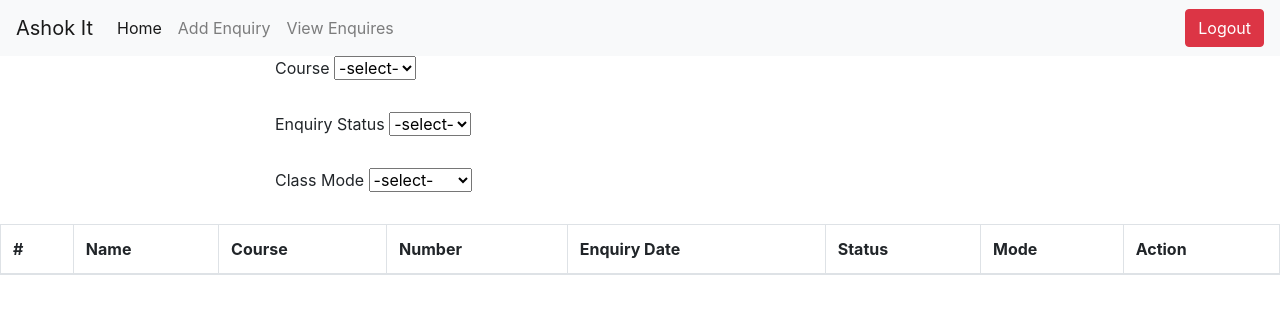
Repository: davidroshan/JRTP
Page: http://localhost/view-enquires
An editor plug-in stored every save of this project. The page is shown before and after the next save, followed by the edit.
The browser window is 1280 px wide. The pictures show the whole page.
The page is this project's Thymeleaf template; nobody is signed in. The template is opened directly, without the code that normally fills it, so the values that code supplies are empty.

Above is the page before, as saved 2023-04-27 18:23:03.

### Front_Office_Team_Portal/src/main/resources/templates/view-enquires.html
<!DOCTYPE html>
<html lang="en"  xmlns:th="http://www.thymeleaf.org" >
<head>
<meta charset="utf-8">
<link rel="stylesheet" href="https://cdn.jsdelivr.net/npm/bootstrap@4.3.1/dist/css/bootstrap.min.css" integrity="sha384-ggOyR0iXCbMQv3Xipma34MD+dH/1fQ784/j6cY/iJTQUOhcWr7x9JvoRxT2MZw1T" crossorigin="anonymous">
<title>AshokIT Unlock Account</title>
</head>
<body>

          <!-- Navbar start -->


                <nav class="navbar navbar-expand-lg navbar-light bg-light">
  <a class="navbar-brand" href="#">Ashok It</a>
  <button class="navbar-toggler" type="button" data-toggle="collapse" data-target="#navbarSupportedContent" aria-controls="navbarSupportedContent" aria-expanded="false" aria-label="Toggle navigation">
    <span class="navbar-toggler-icon"></span>
  </button>

  <div class="collapse navbar-collapse" id="navbarSupportedContent">
    <ul class="navbar-nav mr-auto">


      <li class="nav-item active">
        <a class="nav-link" href="dashboard">Home <span class="sr-only">(current)</span></a>
      </li>

      <li class="nav-item">
        <a class="nav-link" href="enquiry">Add Enquiry</a>
      </li>

      <li class="nav-item">
        <a class="nav-link" href="enquires">View Enquires</a>
      </li>

    </ul>
       <a href="logout" class="btn btn-danger">Logout</a>
  </div>
</nav>


          <!-- Nav bar end -->

         <div class="container">
            <div class="row">
               <div class="col-md-8 offset-md-2">




                            <div class="form-otline mb-4">
                           <label for="form22">Course</label>
                                 <select id="form22" class="form-select"
                                   name="courseName" >
                                    <option value="">-select-</option>
                                    <option th:each="course : ${courses}" th:value="${course}"
                                    th:text="${course}"></option>
                                 </select>
                           </div>


                           <div class="form-otline mb-4">
                           <label for="form23">Enquiry Status</label>
                                 <select id="form23" class="form-select"
                                 name="enqStatus">
                                    <option value="">-select-</option>
                                    <option th:each="status : ${enqStatus}" th:value="${status}"
                                    th:text="${status}"></option>
                                 </select>
                           </div>


                           <div class="form-otline mb-4">
                           <label for="form23">Class Mode</label>
                                 <select id="form23" class="form-select"
                                 name="enqStatus">
                                    <option value="">-select-</option>
                                    <option value="online"> Online</option>
                                    <option value="classroom">Classroom</option>
                                 </select>
                           </div>


               </div>
            </div>
        </div>



         <!-- table start -->


         <table class="table table-stripped table-bordered table hover" id="enqTb">

           <thead>
               <tr>

                   <th scope="col">#</th>
                   <th scope="col">Name</th>
                   <th scope="col">Course</th>
                   <th scope="col">Number</th>
                   <th scope="col">Enquiry Date</th>
                   <th scope="col">Status</th>
                   <th scope="col">Mode</th>
                   <th scope="col">Action</th>

               </tr>
           </thead>


         </table>

</body>

After the next save:
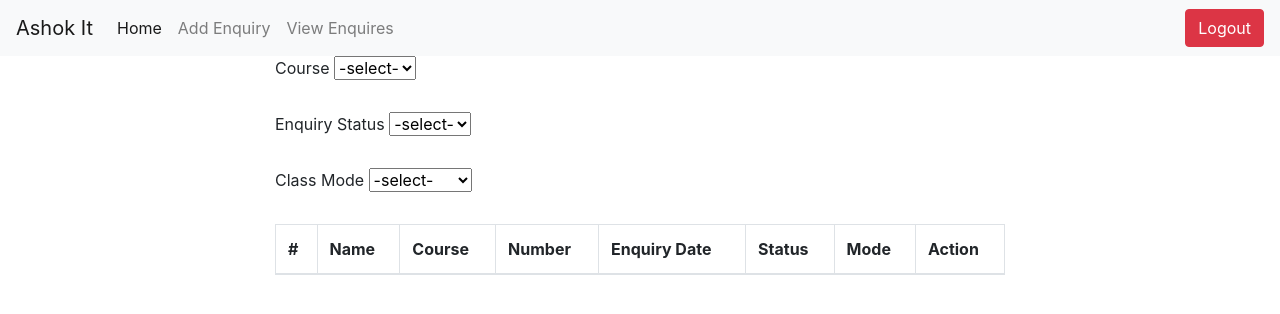
Saved 47 s later.
--- a/Front_Office_Team_Portal/src/main/resources/templates/view-enquires.html
+++ b/Front_Office_Team_Portal/src/main/resources/templates/view-enquires.html
@@ -80,16 +80,9 @@
                            </div>
 
 
-               </div>
-            </div>
-        </div>
 
 
-
-         <!-- table start -->
-
-
-         <table class="table table-stripped table-bordered table hover" id="enqTb">
+          <table class="table table-stripped table-bordered table hover" id="enqTb">
 
            <thead>
                <tr>
@@ -109,4 +102,16 @@
 
          </table>
 
+
+               </div>
+            </div>
+        </div>
+
+
+
+         <!-- table start -->
+
+
+
+
 </body>

After the save that followed:
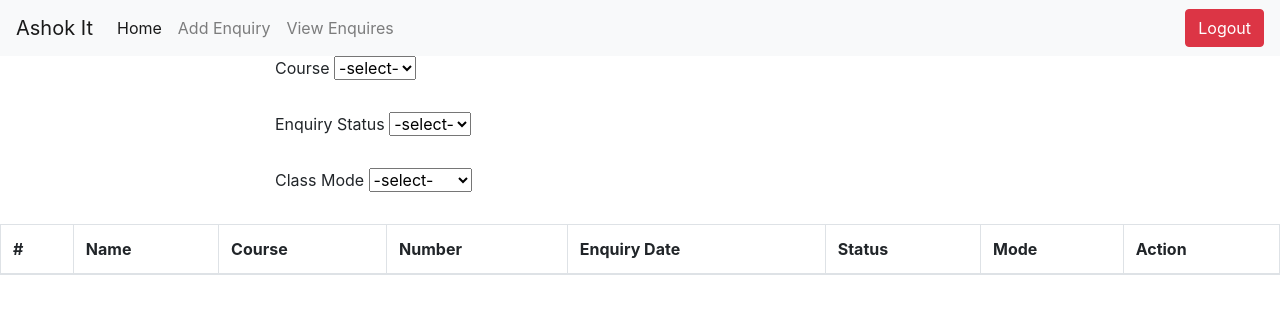
Saved 14 s later.
--- a/Front_Office_Team_Portal/src/main/resources/templates/view-enquires.html
+++ b/Front_Office_Team_Portal/src/main/resources/templates/view-enquires.html
@@ -80,9 +80,16 @@
                            </div>
 
 
+               </div>
+            </div>
+        </div>
 
 
-          <table class="table table-stripped table-bordered table hover" id="enqTb">
+
+         <!-- table start -->
+
+
+         <table class="table table-stripped table-bordered table hover" id="enqTb">
 
            <thead>
                <tr>
@@ -102,16 +109,4 @@
 
          </table>
 
-
-               </div>
-            </div>
-        </div>
-
-
-
-         <!-- table start -->
-
-
-
-
 </body>
